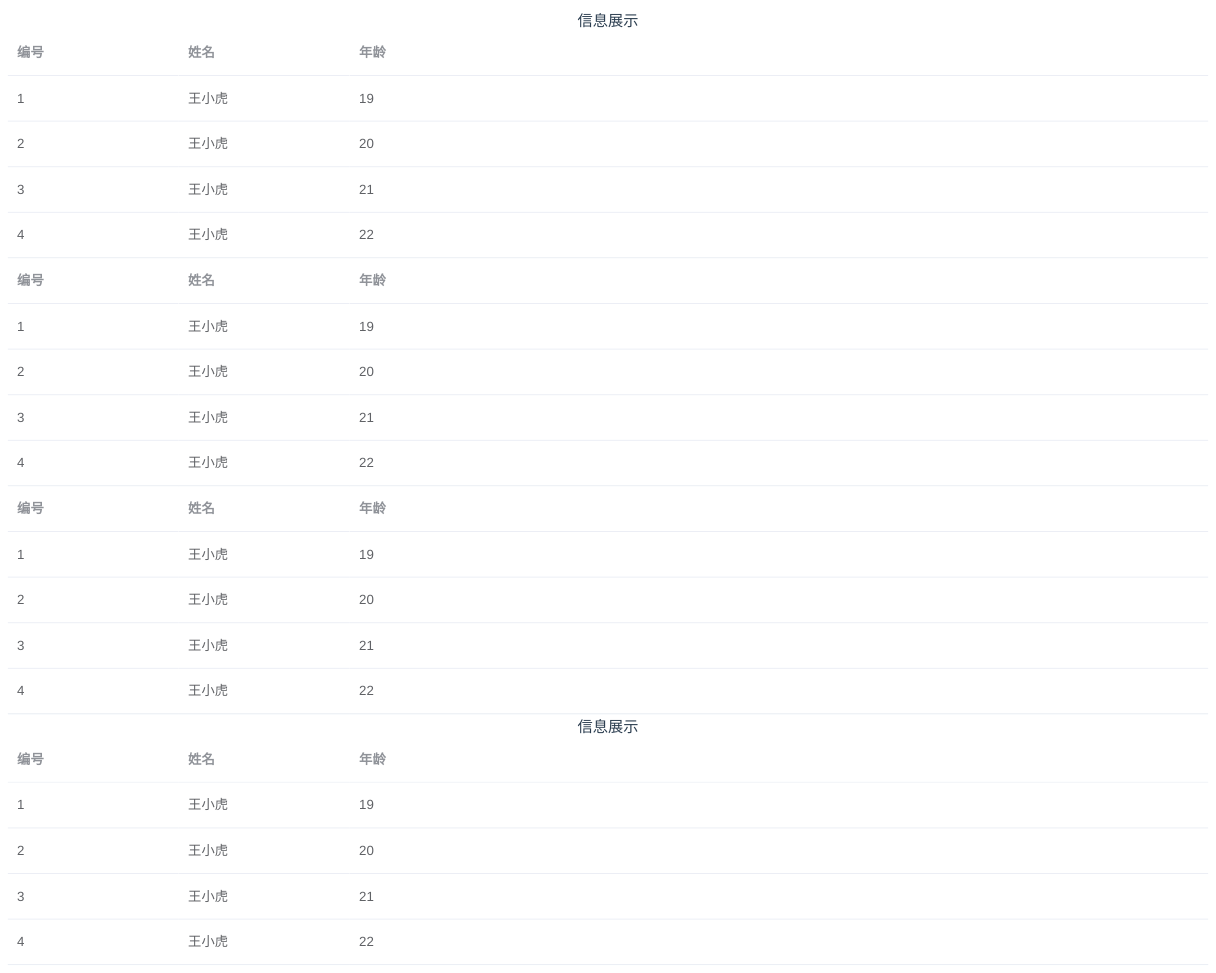
Repository: chang-meng-yun/vue_project
Page: /
These files come from the project's save history. The page is drawn as it stood at one moment and after the next save; the edit follows.
The browser window is 1280 px wide. The pictures show the whole page, at 95% of full size.
The project was rebuilt for these pictures with package versions that can differ from the ones it lists, and the page was loaded fresh each time. Also part of the build but not shown: vue.config.js, src/VBindStudy.vue, src/HomeWork.vue, src/views/reHome.vue, src/FromFrame.vue, src/prents.vue, src/views/son.vue, src/components/HelloWorld.vue and 1 more.

Above is the page before, as saved 2024-06-27 15:48:14.

### public/index.html
<!DOCTYPE html>
<html lang="">
  <head>
    <meta charset="utf-8">
    <meta http-equiv="X-UA-Compatible" content="IE=edge">
    <meta name="viewport" content="width=device-width,initial-scale=1.0">
    <link rel="icon" href="<%= BASE_URL %>favicon.ico">
    <!-- <title><%= htmlWebpackPlugin.options.title %></title> -->
     <title>我是首页</title>
  </head>
  <body>
    <noscript>
      <strong>We're sorry but <%= htmlWebpackPlugin.options.title %> doesn't work properly without JavaScript enabled. Please enable it to continue.</strong>
    </noscript>
    <!-- 显示内容的地方 -->
    <div id="app"></div>
    <!-- built files will be auto injected -->
  </body>
</html>

### src/main.js
import Vue from 'vue'
import App from './App.vue'
import ElementUI from 'element-ui';
import 'element-ui/lib/theme-chalk/index.css';
import router from './router'

Vue.use(ElementUI);

Vue.config.productionTip = false
new Vue({
  router,
  render: h => h(App)
}).$mount('#app')

### src/App.vue
<template>
  <div id="app">
    <!-- <Hello></Hello> -->
    <!-- <VBindStudy></VBindStudy> -->
    <!-- <HomeWork></HomeWork> -->
    <!-- <reHome></reHome> -->
    <!-- <Model></Model> -->
    <!-- <FromFrame></FromFrame> -->
     <!-- <prents></prents> -->
     <!-- <div>来自父组件得值{{son_title}}</div>
      <son @son_to_parent="getValues"></son> -->

      <!-- <child myTitle="信息展示" :mysrc="img_path" > -->
        <child myTitle="信息展示" :tableData1="tableData1"></child>
        <child myTitle2="信息展示" :tableData1="tableData1"></child>

    </div>
</template>
<script>
  // 导入组件
  import Hello from '@/Hello.vue'
  import VBindStudy from '@/VBindStudy'
  import HomeWork from '@/HomeWork'
  import reHome from './views/reHome.vue'
  import FromFrame from '@/FromFrame.vue'
  import prents from '@/prents.vue'
  import child from '@/child.vue'
   import son from './views/son.vue'
  // import Model from './views/Model.vue'
  export default {
    components: {
      Hello,
      VBindStudy,
      HomeWork,
      FromFrame,
      prents,
      child,
      son
      // Model
    },
    data() {
      return {
        tableData1: [{
            id: '1',
            name: '王小虎',
            age: '19'
          }, {
            id: '2',
            name: '王小虎',
            age: '20'
          }, {
            id: '3',
            name: '王小虎',
            age: '21'
          }, {
            id: '4',
            name: '王小虎',
            age: '22'
          }]
        // mark: true,
        // name: "张三",
        // mywidth: "350px",
        // myImage: require("./assets/花.jpg"),
        // img_path: require("@/assets/花.jpg"),
        // son_title:""
      }
    },
    methods: {
      controller_div() {
        this.mark = !this.mark
        console.log(this.mark)
      },
      changeSize() {
        this.mywidth = "500px"
      },
      changeImage() {
        console.log("pakaqiu")
        this.myImage = require("./assets/小樱花.webp")
      },
      getValues(n){
        this.son_title=n
      }
    }
  }
</script>
<style>
  .box {
    width: 200px;
    height: 200px;
    background-color: red;
  }

  #app {
    font-family: Avenir, Helvetica, Arial, sans-serif;
    -webkit-font-smoothing: antialiased;
    -moz-osx-font-smoothing: grayscale;
    text-align: center;
    color: #2c3e50;
  }

  nav {
    padding: 30px;
  }

  nav a {
    font-weight: bold;
    color: #2c3e50;
  }

  nav a.router-link-exact-active {
    color: #42b983;
  }
</style>

### src/Hello.vue
<template>
  <div>
        <!-- <nav>
      <router-link to="/">Home</router-link> |
      <router-link to="/about">About</router-link>
    </nav> -->
    <!-- <el-row>
      <el-button>默认按钮</el-button>
      <el-button type="primary">主要按钮</el-button>
      <el-button type="success">成功按钮</el-button>
      <el-button type="info">信息按钮</el-button>
      <el-button type="warning">警告按钮</el-button>
      <el-button type="danger">危险按钮</el-button>
    </el-row> -->

    <!-- <input  type="text" v-model="username"> -->
     <!-- <div  v-if="mark" class="box">
      div1-if标签
     </div> -->
     <!-- <el-button type="primary" v-on:click="controller_div()">控制div</el-button> -->
     <!-- <div  v-show ="mark" class="box"> -->
      <!-- div2-show标签 -->
     <!-- </div> -->
    <!-- <div>
      {{username}}
    </div> -->
    <!-- <router-view/> -->
     <!-- <hr> -->

     <el-row>
        <el-col :span="12">
          <div class="grid-content bg-purple">
         <img src="./assets/小雏菊.webp" v-bind:width="mywidth" />
         <br>
         <el-button type="primary" @click="changeSize()">改变大小</el-button>
        </div>
      </el-col>

        <el-col :span="12">
          <div class="grid-content bg-purple-light">
            <img v-bind:src="myImage" width="350px" />
            <br>
            <el-button type="primary" @click="changeImage()">改变图片</el-button>
        </div>
      </el-col>
      </el-row>

  </div>
</template>
<script>
     export default{
    // components:{
    //     Hello,
    //     VBindStudy
    // },
    data(){
      return{
        mark:true,
        name:"张三",
        mywidth:"350px",
        myImage:require("./assets/花.jpg")
      }
    },
    methods:{
     controller_div(){
        this.mark=!this.mark
        console.log(this.mark)
      },
      changeSize(){
        this.mywidth="500px"
      },
      changeImage(){
        console.log("pakaqiu")
        this.myImage=require("./assets/小樱花.webp")
      }
     },
     components:{

     }
    }
  </script>
  <style>
  .box{
      width: 200px;
      height: 200px;
      background-color: red;
  }
  #app {
    font-family: Avenir, Helvetica, Arial, sans-serif;
    -webkit-font-smoothing: antialiased;
    -moz-osx-font-smoothing: grayscale;
    text-align: center;
    color: #2c3e50;
  }

  nav {
    padding: 30px;
  }

  nav a {
    font-weight: bold;
    color: #2c3e50;
  }

  /* nav a.router-link-exact-active {
    color: #42b983;
  } */
  </style>

### src/child.vue
<template>
    <div>
        <div>
         {{myTitle}}
         <!-- <img :src="mysrc" height="300px" width="300px"> -->
         <el-table
         :data="tableData1"
         style="width: 100%">
         <el-table-column
           prop="id"
           label="编号"
           width="180">
         </el-table-column>
         <el-table-column
           prop="name"
           label="姓名"
           width="180">
         </el-table-column>
         <el-table-column
           prop="age"
           label="年龄">
         </el-table-column>
       </el-table>
        </div>
        <div>
            {{myTitle2}}
            <!-- <img :src="mysrc" height="300px" width="300px"> -->
            <el-table
            :data="tableData1"
            style="width: 100%">
            <el-table-column
              prop="id"
              label="编号"
              width="180">
            </el-table-column>
            <el-table-column
              prop="name"
              label="姓名"
              width="180">
            </el-table-column>
            <el-table-column
              prop="age"
              label="年龄">
            </el-table-column>
          </el-table>
           </div>
    </div>
</template>
<script>
    export default{
        data(){
            return{
                // img_path: require("@/assets/花.jpg"),
            }
        },
        // props:["myTitle","mysrc"],
        props:["myTitle","tableData1","myTitle2"],
        methods: {

        },
        components:{

        }
    }

</script>
<style>

</style>

Loaded but not shown: src/router/index.js (common file)

After the next save:
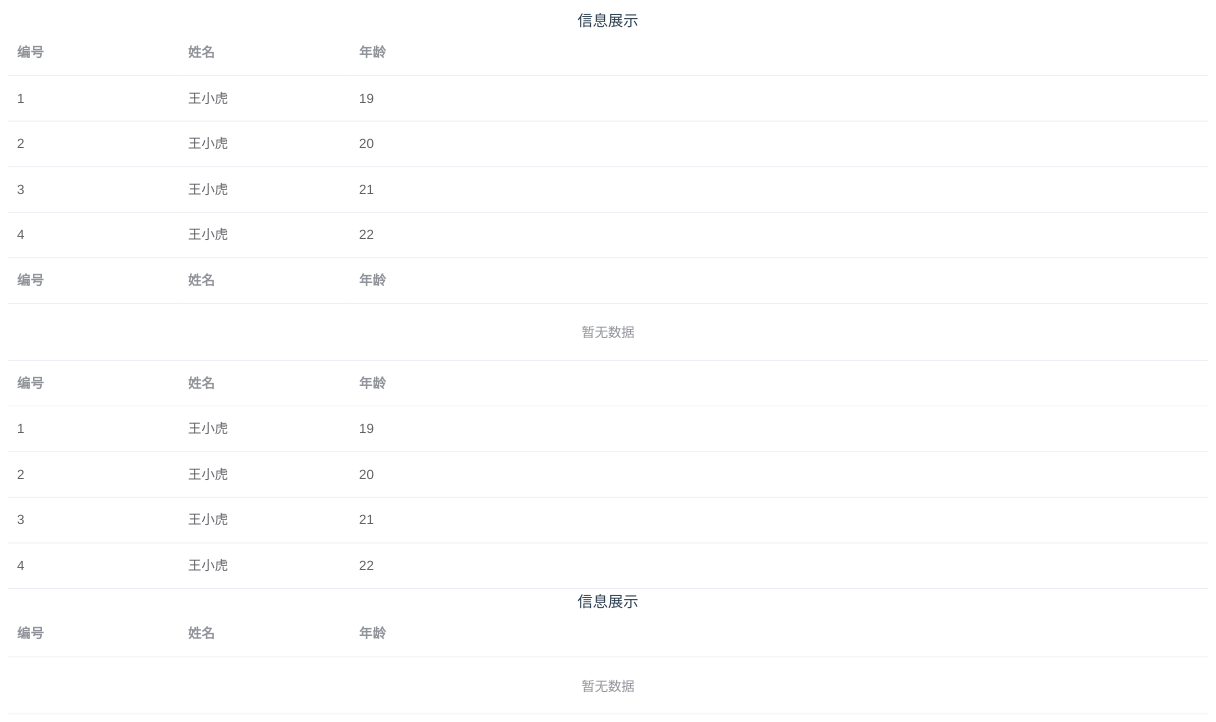
Saved 15 s later.
--- a/src/child.vue
+++ b/src/child.vue
@@ -26,7 +26,7 @@
             {{myTitle2}}
             <!-- <img :src="mysrc" height="300px" width="300px"> -->
             <el-table
-            :data="tableData1"
+            :data="tableData2"
             style="width: 100%">
             <el-table-column
               prop="id"
